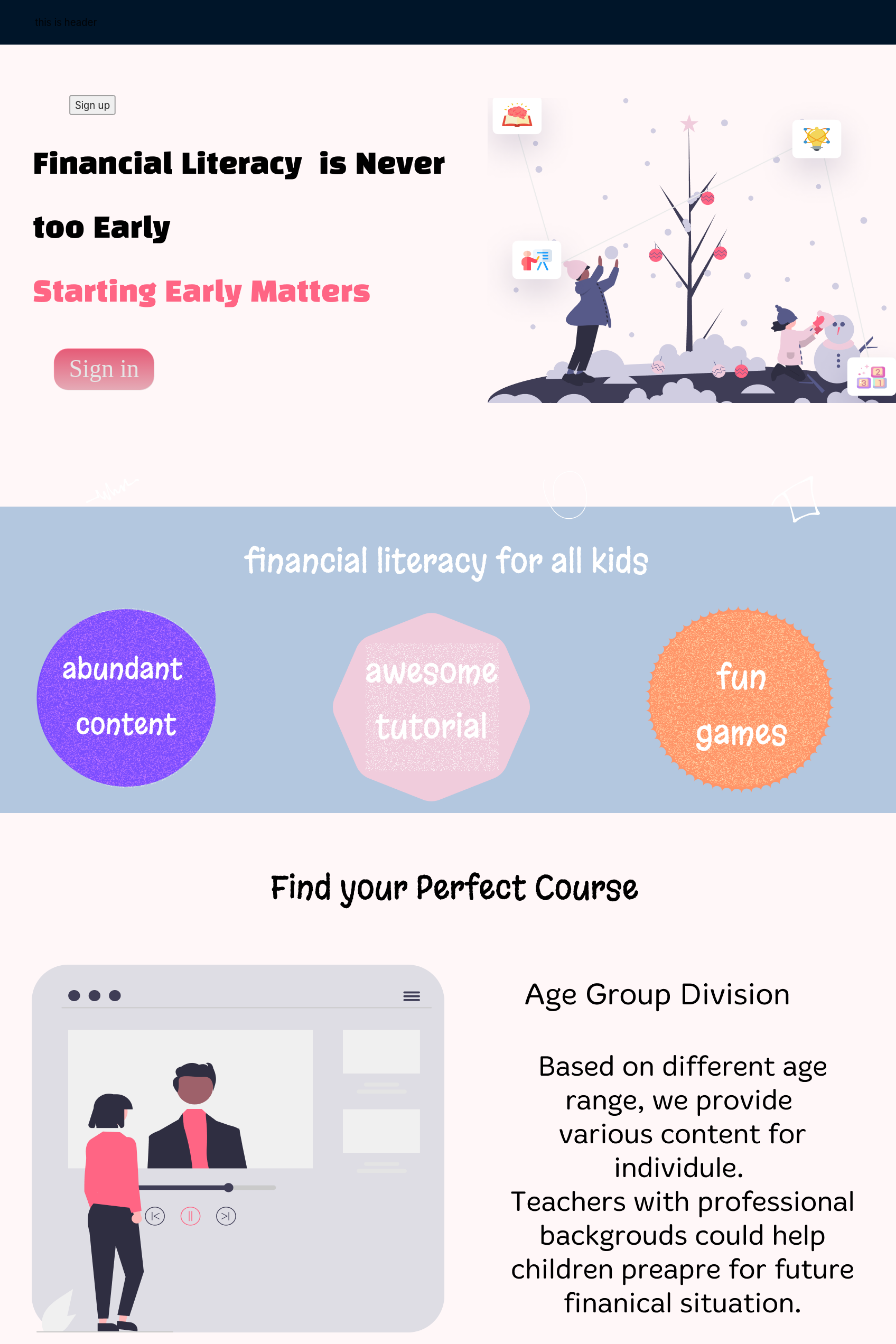
Repository: Zoe-XJ-Zhang/Goldilocks
Page: /
These files come from the project's save history. The page is drawn as it stood at one moment and after the next save; the edit follows.
The browser window is 1280 px wide. The pictures show the part of the page from y = 0 to 1920 px (the page is 2775 px tall), at 70% of full size.
The first visible `button` is being pressed.
The project was rebuilt for these pictures with package versions that can differ from the ones it lists, and the page was loaded fresh each time. Also part of the build but not shown: src/page/roadmapPage/roadmapPage.js, src/page/aboutPage/aboutPage.js.

Above is the page before, as saved 2022-08-31 17:13:39.

After the next save:
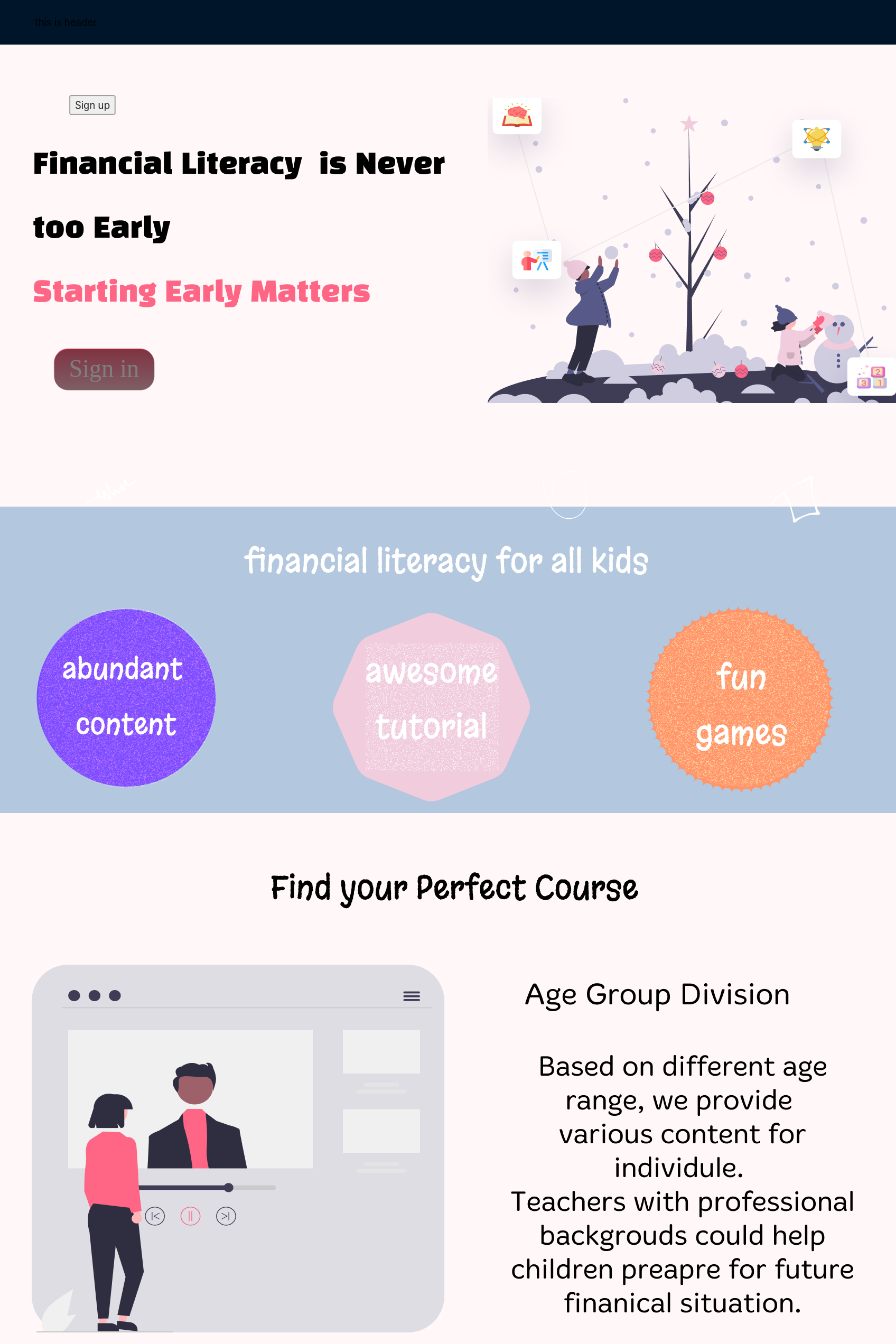
Saved 18 s later.
--- a/src/page/homePage/homePage.css
+++ b/src/page/homePage/homePage.css
@@ -57,7 +57,7 @@ button::before {
 
   }
   button:active::before{
-      opacity: 0.1;
+      opacity: 0.5;
   }
 .signup {
   position: absolute;
